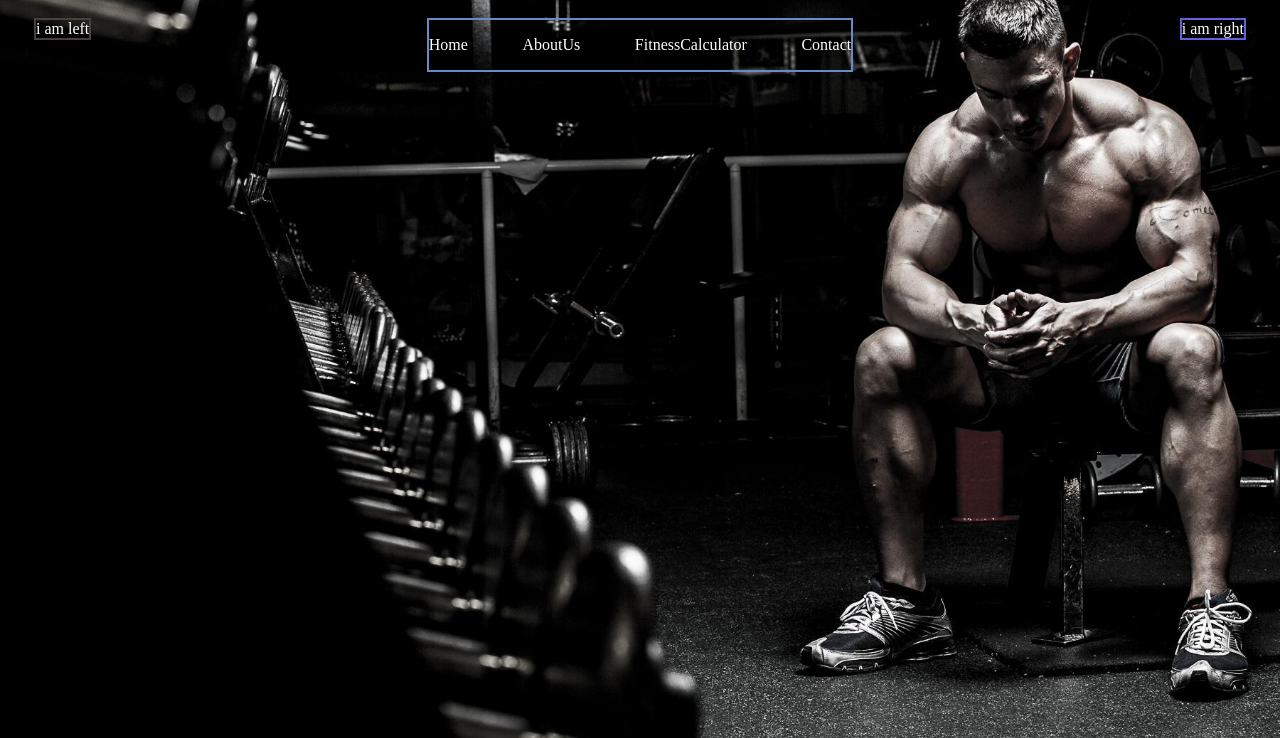
Repository: asthaasquare/project-1
Page: project-1/index.html
These files come from the project's save history. The page is drawn as it stood at one moment and after the next save; the edit follows.
The browser window is 1280 px wide. The pictures show the whole page.

Above is the page before, as saved 2024-05-09 10:55:56.

After the next save:
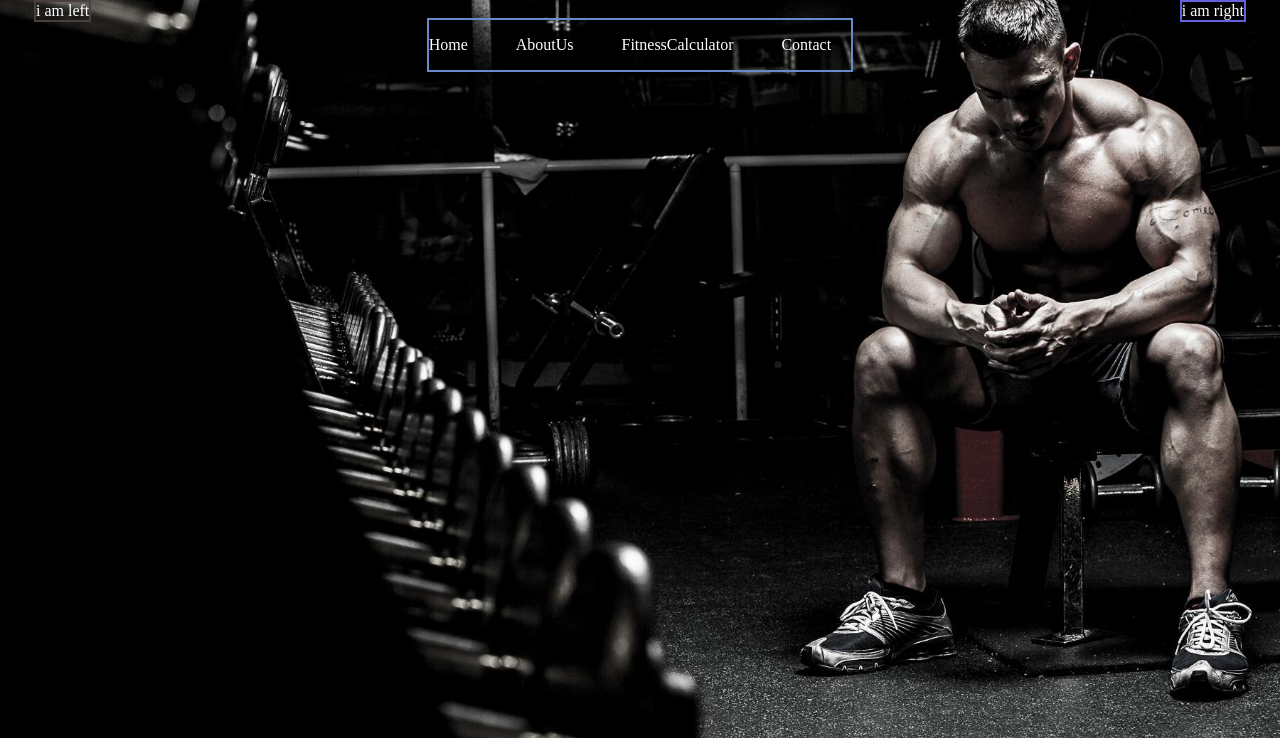
Saved 12 s later.
--- a/project-1/index.html
+++ b/project-1/index.html
@@ -55,9 +55,9 @@
     text-decoration: none;
 }
 
-.navbar li:last-child {
+/* .navbar li:last-child {
         margin-right: 0; /* Remove margin from the last navbar item */
-      }
+      } */
       .header {
         position: relative; /* Set position to relative to allow absolute positioning of child elements */
       }

After the save that followed:
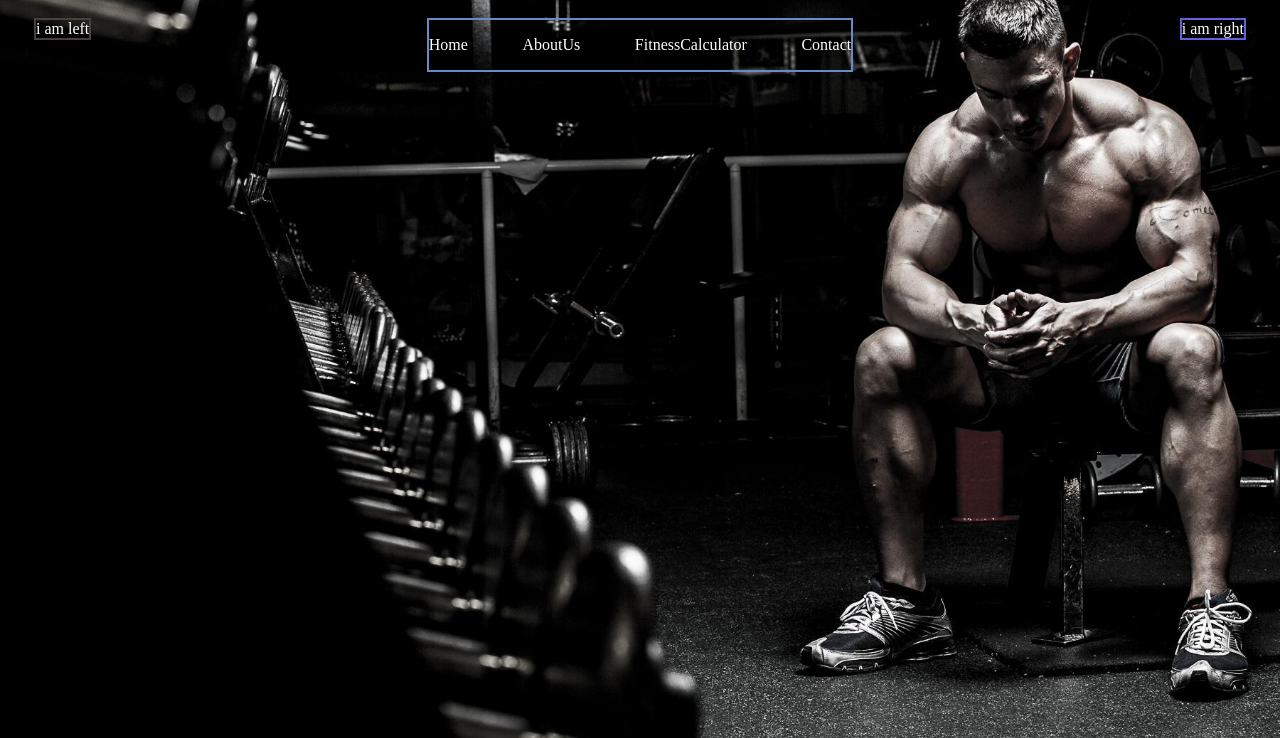
Saved 10 s later.
--- a/project-1/index.html
+++ b/project-1/index.html
@@ -55,9 +55,9 @@
     text-decoration: none;
 }
 
-/* .navbar li:last-child {
+.navbar li:last-child {
         margin-right: 0; /* Remove margin from the last navbar item */
-      } */
+      }
       .header {
         position: relative; /* Set position to relative to allow absolute positioning of child elements */
       }
